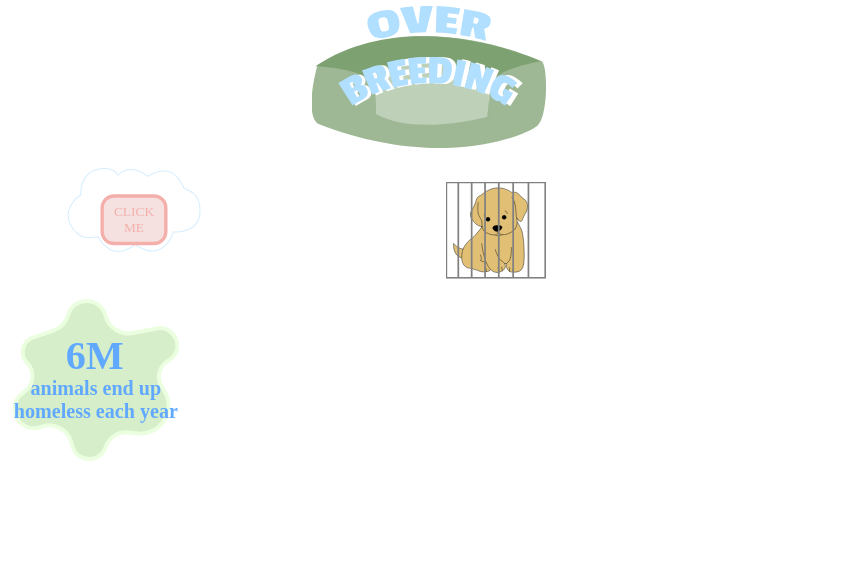
Repository: SoleilDagneau/MDIA2109Midterm
Page: index.html
The author's editor kept a copy of each file at every save. The page is drawn from the files as they stood at one save, then again after the next save.
The browser window is 1280 px wide. The page is 1282 px wide, so the pictures cover 1282 px, including what lies to the right of the window. The pictures show the whole page, at 67% of full size.
Some web fonts or font styles are not loaded; a fallback is used.

Above is the page before, as saved 2022-03-02 21:09:53.
Console error: TypeError: Cannot set properties of null (setting 'innerText')

### index.html
<!DOCTYPE html>
<html lang="en">
<head>
    <meta charset="UTF-8">
    <meta http-equiv="X-UA-Compatible" content="IE=edge">
    <meta name="viewport" content="width=device-width, initial-scale=1.0">
    <title>Animal Cruelty</title>

    <link href="styles.css" rel="stylesheet">

    <link rel="preconnect" href="https://fonts.googleapis.com">
    <link rel="preconnect" href="https://fonts.gstatic.com" crossorigin>
    <link href="https://fonts.googleapis.com/css2?family=Passion+One:wght@400;700&display=swap" rel="stylesheet">

    <script src="utils/speechbubble.js"></script>
    <script src="utils/clickbubble.js"></script>
    <script src="utils/squarecard.js"></script>
    <script src="utils/blobcard.js"></script>

</head>
<body>

<div class="overbreeding">

    <div class="conttitle">

        <img class="obtitle" src="imgs/overbreeding.svg" alt="overbreeding title">
    </div>
    <div class="contcage">
        <img class="cage" src="imgs/dogincage.svg" alt="dog in cage img">
        <the-clickbubble class="dogtext" desc_text="CLICK ME"></the-clickbubble>
    </div>
    <div class="contblob">
        <the-blobcard class="blob" blob_text="6M"
         blob_subtext="animals end up homeless each year">
        </the-blobcard>
    </div>











</div>

</body>
</html>

### styles.css

.obtitle{
    width:350px;
    display: flex;
    position:relative;
    margin: auto;
}
.cage{
    width:150px;
    display: flex;
    position: relative;
    left: 100px;
    top: 50px;
    margin: auto;

}
.dogtext{
    display: flex;
    position:absolute;
    top:250px;
    left:100px;
    margin: auto;
}
.blob{
    display: flex;
    position:relative;
    left:10px;
    top:80px;
}

### utils/speechbubble.js
//MUST HAVE - CREATE A TEMPLATE TAG
var template_speechbub = document.createElement("template"); //<template> </template> RULE

//To-do - CREATE THE UI HERE!
template_speechbub.innerHTML = `

<style>
    #next_button {
        background-color:#61A8FF;
        border:3px solid #AFDDFF;
        border-radius: 10px;
        font-family: 'passion one', cursive;
        color: white;
        font-size:20px;
        margin:65px;
        display:flex;
        position:absolute;
        top:45px;
        left: 30px;

    }
    #speech_bubble{
        width:250px;
        display:flex;
        position:relative;

    }

</style>
<div id="cloud">
    <img id="speech_bubble" src="imgs/cloud.svg" alt=""/>
        <button id="next_button">
            next...
         </button>
</div>

`;

//MUST HAVE - CREATE A CLASS WITH HTMLELEMENT POWERS (interfaces/functionalities)
class TheSpeechBubble extends HTMLElement {

    //MUST HAVE - CREATE A CONSTRUCTOR TO DO INITAL ASSOCIATIONS
    constructor(){
        super(); //pass on the HTMLElement super powers!
        this.attachShadow({mode:"open"}) //Attach it to the shadowRoot

        //To-do - CREATE THE STATES FOR THE UI HERE!
    }

    //MUST HAVE - FUNCTION THAT RUNS AFTER IT'S CONNECTED
    connectedCallback(){
        this.shadowRoot.appendChild(template_speechbub.content.cloneNode(true));
        this.shadowRoot.querySelector("#next_button").innerText = this.getAttribute("button_text"); //use the template to make a clone
    }

    //To-do - CREATE THE FUNCTIONALITIES HERE!
}

//MUST HAVE - define the tag for the custom elements
customElements.define("the-speechbubble", TheSpeechBubble)

### utils/clickbubble.js
//MUST HAVE - CREATE A TEMPLATE TAG
var template_clickbubble = document.createElement("template"); //<template> </template> RULE

//To-do - CREATE THE UI HERE!
template_clickbubble.innerHTML = `

<style>
    #desc_text {
        font-family:'passion one', cursive;
        color: #F4AFAB;
        font-size:20px;
        padding: 10px;
        background-color:#F4E1E0;
        border: 5px solid #F4AFAB;
        border-radius: 20px;
        position: absolute;
        display:flex;
        justify-content:center;
        top:-10px;

        margin:50px;
    }
    img{
        width: 200px;
    }
    #click_bubble{
        display:flex;
    }
</style>
<div id="click_bubble">
    <img src="imgs/cloud.svg" alt="cloud svg"/>
        <button id="desc_text">
            CLICK ME
        </button>
</div>

`;

//MUST HAVE - CREATE A CLASS WITH HTMLELEMENT POWERS (interfaces/functionalities)
class TheClickBubble extends HTMLElement {

    //MUST HAVE - CREATE A CONSTRUCTOR TO DO INITAL ASSOCIATIONS
    constructor(){
        super(); //pass on the HTMLElement super powers!
        this.attachShadow({mode:"open"}) //Attach it to the shadowRoot

        //To-do - CREATE THE STATES FOR THE UI HERE!
    }

    //MUST HAVE - FUNCTION THAT RUNS AFTER IT'S CONNECTED
    connectedCallback(){
        this.shadowRoot.appendChild(template_clickbubble.content.cloneNode(true));
        this.shadowRoot.querySelector("#desc_text").innerText = this.getAttribute("desc_text"); //use the template to make a clone
    }

    //To-do - CREATE THE FUNCTIONALITIES HERE!
}

//MUST HAVE - define the tag for the custom elements
customElements.define("the-clickbubble", TheClickBubble)

### utils/squarecard.js
//MUST HAVE - CREATE A TEMPLATE TAG
var template_scard = document.createElement("template"); //<template> </template> RULE

//To-do - CREATE THE UI HERE!
template_scard.innerHTML = `

<style>
    #info_card {
        background-color:#EBB2AD;
        width: 175px;
        height:175px;
        border: 15px solid #F4E1E0;
        border-radius: 50px;
        margin: 2rem;
    }
    #info_text {
        display:flex;
        justify-content:center;
        font-size:18px;
        font-family: 'nunito', sans-serif;
        color: white;
        padding: 10px;

    }
</style>
<div id="info_card">
    <p id="info_text">info text</p>
</div>
`;

//MUST HAVE - CREATE A CLASS WITH HTMLELEMENT POWERS (interfaces/functionalities)
class TheSquareCard extends HTMLElement {

    //MUST HAVE - CREATE A CONSTRUCTOR TO DO INITAL ASSOCIATIONS
    constructor(){
        super(); //pass on the HTMLElement super powers!
        this.attachShadow({mode:"open"}) //Attach it to the shadowRoot

        //To-do - CREATE THE STATES FOR THE UI HERE!
    }

    //MUST HAVE - FUNCTION THAT RUNS AFTER IT'S CONNECTED
    connectedCallback(){
        this.shadowRoot.appendChild(template_scard.content.cloneNode(true));
        this.shadowRoot.querySelector("#info_text").innerText = this.getAttribute("info_text"); //use the template to make a clone
    }

    //To-do - CREATE THE FUNCTIONALITIES HERE!
}

//MUST HAVE - define the tag for the custom elements
customElements.define("the-squarecard", TheSquareCard)

### utils/blobcard.js
//MUST HAVE - CREATE A TEMPLATE TAG
var template_bcard = document.createElement("template"); //<template> </template> RULE

//To-do - CREATE THE UI HERE!
template_bcard.innerHTML = `

<style>
    #blob_text {
        font-family:'passion one', cursive;
        font-size:60px;
        color:#61A8FF;
        position:absolute;
        text-align:center;
        top:10px;
        left:80px;
    }
    .blob_subtext{
        font-size:30px;
        color:#61A8FF;
        font-family:'passion one', cursive;
        display:block;
        position:relative;
        text-align:center;
        top:-160px;
    }
    #the_blobcard{
        width:250px;
    }
</style>
<div class="container">
    <div id="the_blobcard">
        <img id="" src="imgs/blob.svg" alt=""/>
            <h1 id="blob_text">
                blob text
            </h1>
            <h3 class="blob_subtext">
                animals end up homeless each year
            </h3>
    </div>
</div>
`;

//MUST HAVE - CREATE A CLASS WITH HTMLELEMENT POWERS (interfaces/functionalities)
class TheBlobCard extends HTMLElement {

    //MUST HAVE - CREATE A CONSTRUCTOR TO DO INITAL ASSOCIATIONS
    constructor(){
        super(); //pass on the HTMLElement super powers!
        this.attachShadow({mode:"open"}) //Attach it to the shadowRoot

        //To-do - CREATE THE STATES FOR THE UI HERE!
    }

    //MUST HAVE - FUNCTION THAT RUNS AFTER IT'S CONNECTED
    connectedCallback(){
        this.shadowRoot.appendChild(template_bcard.content.cloneNode(true));
        this.shadowRoot.querySelector("#blob_text").innerText = this.getAttribute("blob_text");
        this.shadowRoot.querySelector("#blob_subtext").innerText = this.getAttribute("blob_subtext");
         //use the template to make a clone
    }

    //To-do - CREATE THE FUNCTIONALITIES HERE!
}

//MUST HAVE - define the tag for the custom elements
customElements.define("the-blobcard", TheBlobCard)

After the next save:
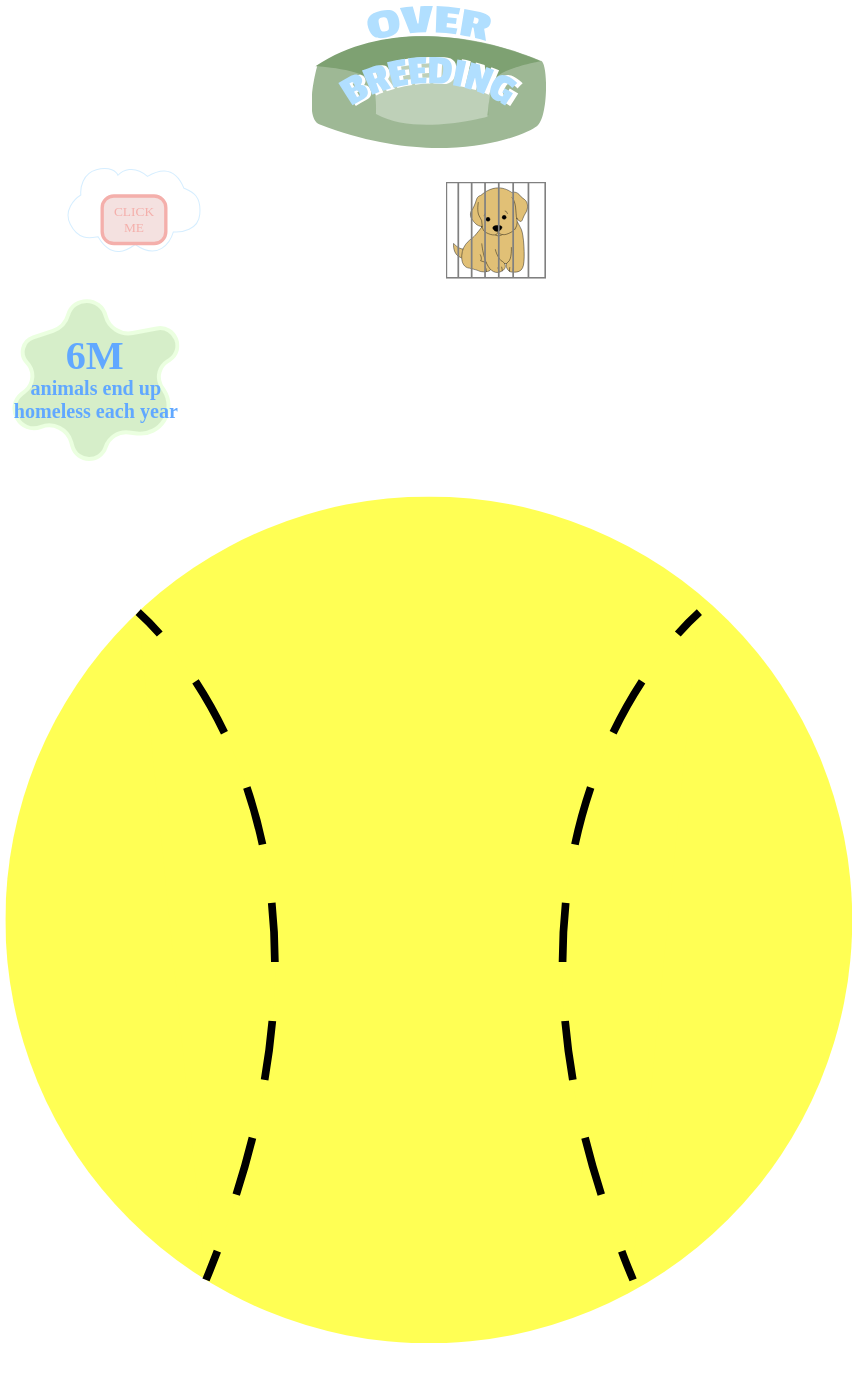
Saved 6 min 47 s later.
--- a/index.html
+++ b/index.html
@@ -35,6 +35,11 @@
          blob_subtext="animals end up homeless each year">
         </the-blobcard>
     </div>
+   <div class="ball">
+       <img class="ballpic" src="imgs/ball.svg" alt="ball img">
+   </div>
+
+
 
 
 

After the save that followed:
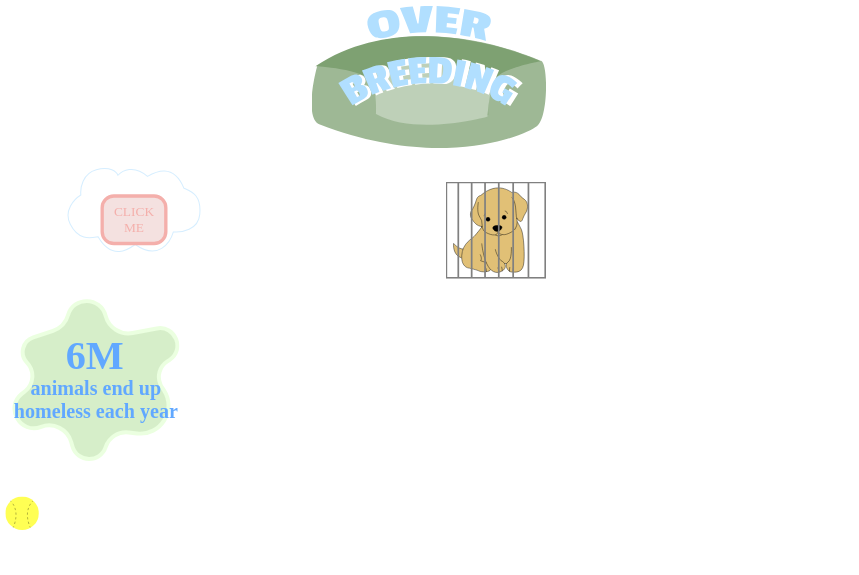
Saved 20 s later.
--- a/styles.css
+++ b/styles.css
@@ -27,3 +27,6 @@
     left:10px;
     top:80px;
 }
+.ballpic{
+    width:50px;
+}
